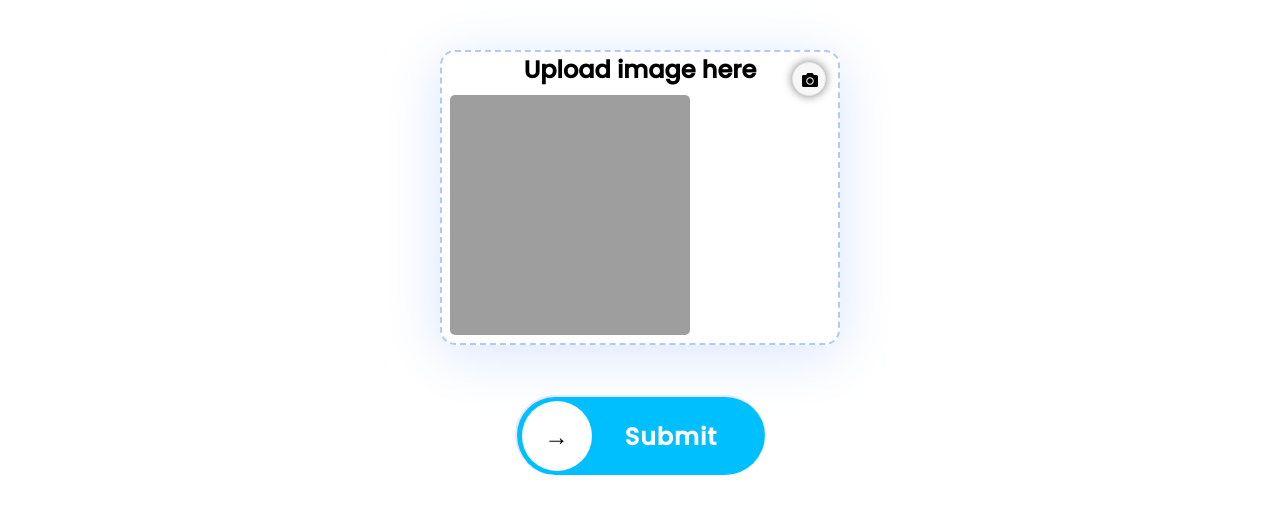
Repository: ThuongDuy/Phan_loai_anh
Page: hcsdlpt/index.html
The author's editor kept a copy of each file at every save. The page is drawn from the files as they stood at one save, then again after the next save.
The browser window is 1280 px wide. The pictures show the whole page.
Pictures or frames that could not be fetched are drawn as grey boxes.

Above is the page before, as saved 2023-06-02 00:38:04.

After the next save:
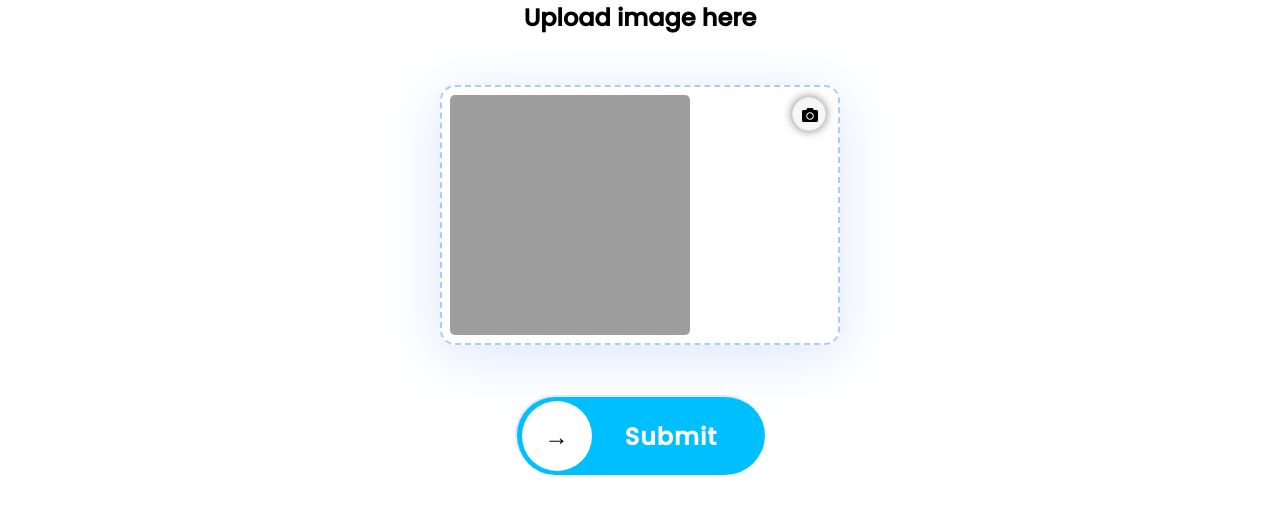
Saved 53 s later.
--- a/hcsdlpt/index.html
+++ b/hcsdlpt/index.html
@@ -13,8 +13,8 @@
 
 <body>
 
+    <h2 style="text-align: center;">Upload image here</h2>
     <div class="avatar-upload">
-        <h2 style="text-align: center;">Upload image here</h2>
         <div class="avatar-edit">
             <input type="file" id="imageUpload" accept=".png, .jpg, .jpeg" class="txt-file">
             <label for="imageUpload" class="label-upload">
